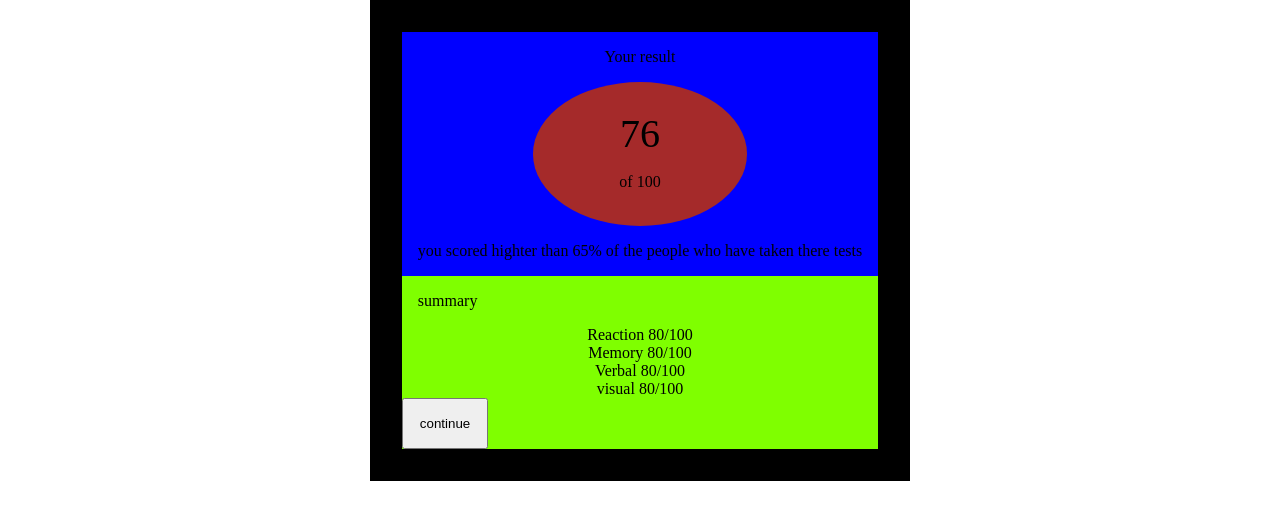
Repository: rahanwz/Card2-raha
Page: card2.html
The author's editor kept a copy of each file at every save. The page is drawn from the files as they stood at one save, then again after a run of saves.
The browser window is 1280 px wide. The pictures show the whole page.

Above is the page before, as saved 2024-02-19 23:43:06.

### card2.html
<!DOCTYPE html>
<html lang="en">
  <head>
    <meta charset="UTF-8" />
    <meta name="viewport" content="width=device-width, initial-scale=1.0" />
    <title>Document</title>
    <link rel="stylesheet" href="card2.css" />
  </head>
  <body>
    <div class="container">
      <div class="card_container">
        <div class="top_card">
          <p>Your result</p>
          <div class="present">
           <p>76</p><p>of 100</p>
          </div>
          <p class="describ">
            you scored highter than 65% of the people who have taken there tests
          </p>
        </div>
        <div class="bottom_card">
          <p>summary</p>
          <div class="box box1">Reaction 80/100</div>
          <div class="box box2">Memory 80/100</div>
          <div class="box box3">Verbal 80/100</div>
          <div class="box box4">visual 80/100</div>
          <div class="box box5"><button>continue</button></div>
        </div>
      </div>
    </div>
  </body>
</html>

### card2.css
* {
  padding: 0;
  margin: 0;
  box-sizing: border-box;
}
body {
  display: flex;
  justify-content: center;
}
.container {
  background-color: black;
  padding: 2rem;
}
.card_container {
  background-color: aquamarine;
}
.card_container {
  text-align: center;
}

.top_card :first-child {
  padding: 1rem;
}
.present :first-child {
  font-size: 2.5rem;
  padding-top: 1.75rem;
}

.present {
  background-color: #f57d1f;
  height: 20vh;
  width: 45%;
  border-radius: 100%;
  background-color: brown;
  margin: auto;
}

.describ {
  padding: 1rem;
}

.top_card {
  background-color: blue;
}

.bottom_card :first-child {
  padding: 1rem;
  display: flex;
}

.bottom_card {
  background-color: chartreuse;
  height: 100%;
}

.bottom_card

After the next 6 saves:
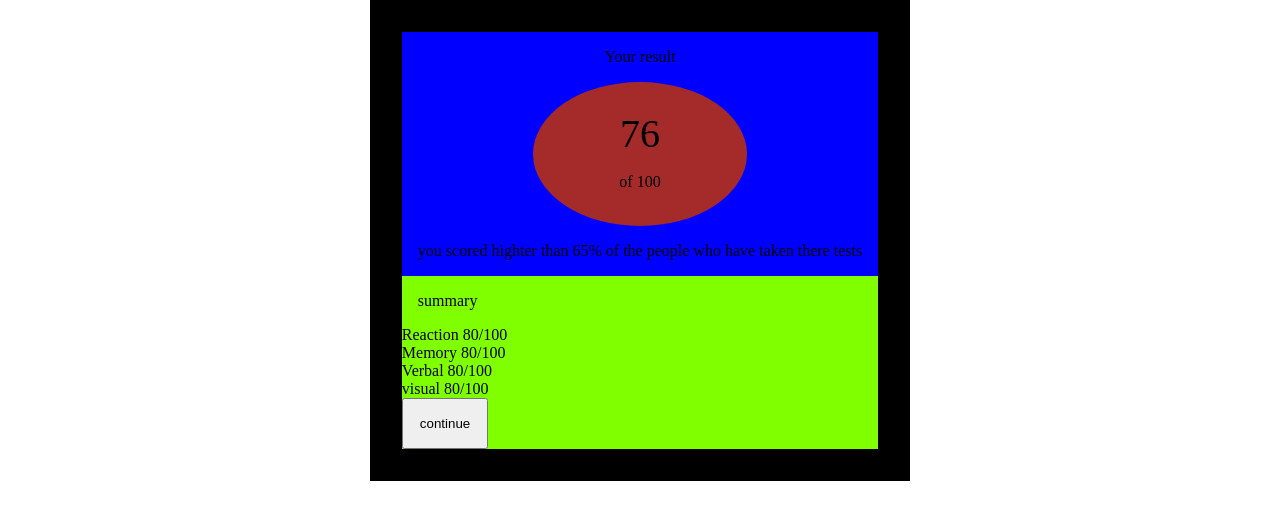
The 6 saves are shown as one change because they came seconds apart.
The last was saved 15 s later.
--- a/card2.css
+++ b/card2.css
@@ -53,4 +53,7 @@ body {
   height: 100%;
 }
 
-.bottom_card
+.bottom_card .box{
+display: flex;
+
+}
